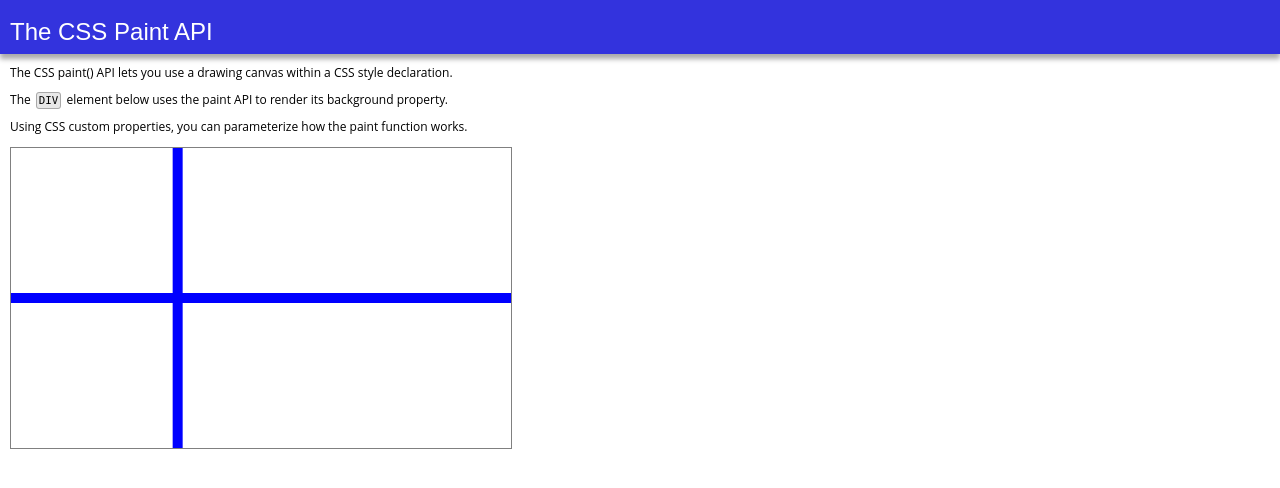
Repository: craig-o-curtis/browser-apis
Page: pages/csspaint.html
The author's editor kept a copy of each file at every save. The page is drawn from the files as they stood at one save, then again after the next save.
The browser window is 1280 px wide. The pictures show the whole page.

Above is the page before, as saved 2020-05-17 17:14:21.

### pages/csspaint.html
<!doctype html>
<html>
    <head>
        <title>The CSS paint API</title>
        <style type="text/css">
            #targetElem {
                width: 500px;
                height: 300px;
                border: 1px solid gray;

                /* Use the paint API to paint the background of the box */
                background-image: paint(samplepainter);
                /* Define some custom properties to use in the paint function */
                --cross-thickness: 2;
                --cross-color: blue;
            }
        </style>
        <link rel="stylesheet" href="./style.css" />
    </head>

    <body>
        <h1>The CSS Paint API</h1>
        <div id="content">
            <p>The CSS paint() API lets you use a drawing canvas within a CSS style declaration.</p>
            <p>The <code>DIV</code> element below uses the paint API to render its background property.</p>
            <p>Using CSS custom properties, you can parameterize how the paint function works.</p>
            <div id="targetElem"></div>
        </div>
        <script>
            window.addEventListener("load", function () {
                // use feature detection to see if paintWorklet is supported
                if ('paintWorklet' in CSS) {
                    console.log("paintWorklet supported")

                    // add the paint worklet to our page
                    CSS.paintWorklet.addModule("csspaint.js");
                }
                else {
                    console.log("paintWorklet not supported")
                }
            })
        </script>
    </body>
</html>

### pages/style.css
/*
** Styles used in the jQuery Essential Training course materials
*/
body {
    font-family: "Open Sans", sans-serif;
    font-size: 12px;
    margin: 0;
    line-height: 1.2em;
}

body > h1 {
    background-color: #33d;
    color: white;
    font-family: Arial, Helvetica, sans-serif;
    font-weight: 100;
    margin:0;
    padding-left: 10px;
    padding-right: 10px;
    padding-top:25px;
    padding-bottom: 15px;
    box-shadow: 0px 5px 5px 0px rgba(171,171,171,1);
}

#content {
    margin: 10px;
}

#example {
    border: 1px solid gray;
    background-color: #b3c8d0;
    font-size:14px;
    padding-left: 10px;
    padding-right: 10px;
    min-height: 200px;
}

.box {
    border: 1px solid gray;
    background-color: #b3c8d0;
    font-size:14px;
    padding-left: 10px;
    padding-right: 10px;
    min-height: 200px;
    width: 300px;
}

.box p {
    margin: 0 1px 0 2px
}

.smallbox {
    border: 1px solid gray;
    background-color: #b3c8d0;
    font-size:14px;
    padding-left: 10px;
    padding-right: 10px;
    margin-bottom: 10px;
    margin-right: 0;
    margin-left: 0;
    min-height: 150px;
    width: 200px;
}

.inline {
    display: inline-block;
}

code {
    background-color: #e8e8e8;
    border: 1px solid #a8a8a8;
    border-radius: 3px;
    padding: 1px 2px;
    margin: 2px;
    font-family: "source-code-pro", Consolas, monospace;
    font-size: .9em;
}

li {
    line-height: 1.3em;
}

button {
    font-size: 14px;
    margin: 8px;
}

#eventDetails {
    border: 1px solid #aaa;
    margin-top: 8px;
    padding: 2px;
}

.lineitem {
    width: 120px;
    display: inline-block
}


canvas {
    border: 2px solid gray;
    margin-left: 5px;
    margin-right: 5px;
}

### pages/csspaint.js
if (typeof registerPaint !== "undefined") {
  // define a class to implement the paint worklet
  class SampleCSSPaint {
    // declare the properties that the class has access to
    static get inputProperties() {
      return ["--cross-thickness", "--cross-color"];
    }

    paint(ctx, size, props) {
      // get the custom property values
      let width = props.get("--cross-thickness");
      let color = props.get("--cross-color").toString();

      ctx.lineWidth = width * 5;
      ctx.strokeStyle = color;

      ctx.beginPath();
      ctx.moveTo(size.width/3, 0);
      ctx.lineTo(size.width/3, size.height);
    //   ctx.lineTo(size.width, size.height);
      ctx.stroke();

      ctx.beginPath();
      ctx.moveTo(size.width, size.height/2);
      ctx.lineTo(0, size.height/2);
      ctx.stroke();
    }
  }

  // register the paint worklet for CSS
  registerPaint("samplepainter", SampleCSSPaint);
}

After the next save:
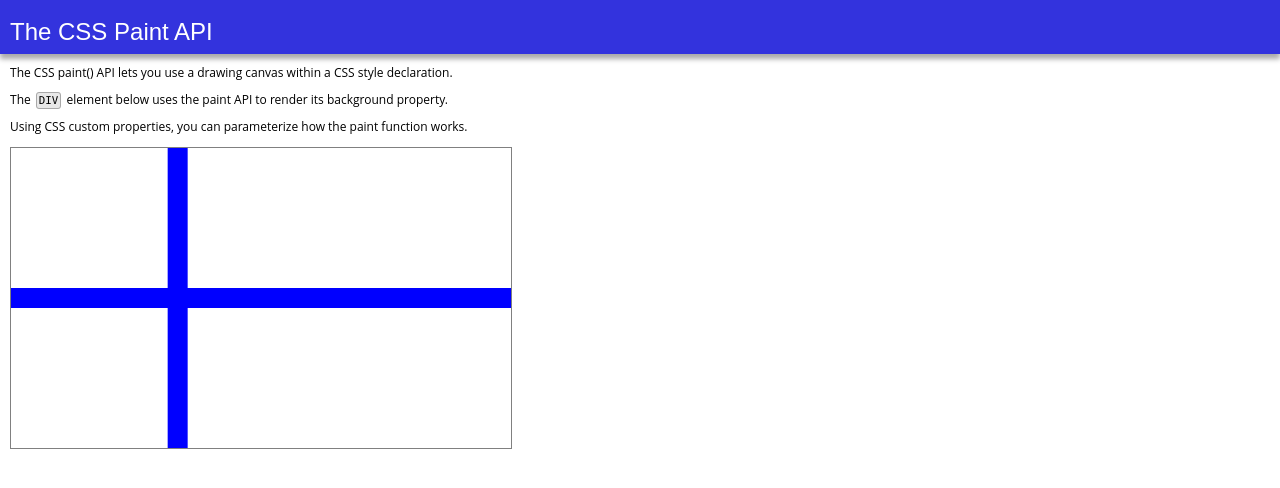
Saved 6 s later.
--- a/pages/csspaint.js
+++ b/pages/csspaint.js
@@ -11,7 +11,7 @@ if (typeof registerPaint !== "undefined") {
       let width = props.get("--cross-thickness");
       let color = props.get("--cross-color").toString();
 
-      ctx.lineWidth = width * 5;
+      ctx.lineWidth = width * 10;
       ctx.strokeStyle = color;
 
       ctx.beginPath();
